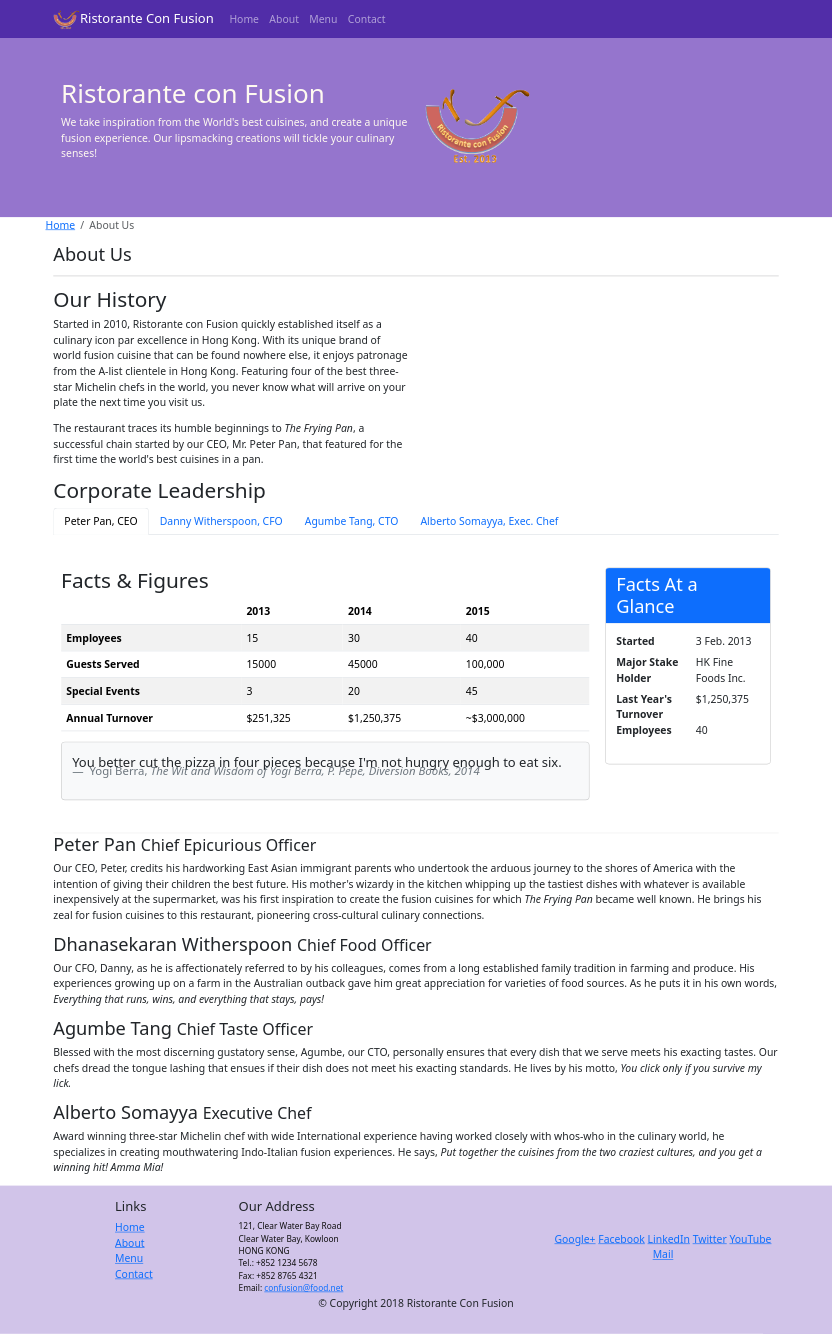
Repository: DungBuiTuan/FER201m
Page: aboutus.html
The author's editor kept a copy of each file at every save. The page is drawn from the files as they stood at one save, then again after the next save.
The browser window is 1280 px wide. The pictures show the whole page, at 65% of full size.
Some web libraries are served in a nearby version.

Above is the page before, as saved 2023-05-18 01:11:23.

### aboutus.html
<!DOCTYPE html>
<html lang="en">
  <head>
    <title>Ristorante Con Fusion: About Us</title>
    <meta charset="utf-8" />
    <meta
      name="viewport"
      content="width=device-width, initial-scale=1, shrink-to-fit=no"
    />
    <meta http-equiv="x-ua-compatible" content="ie=edge" />
    <!-- Bootstrap CSS -->
    <link
      rel="stylesheet"
      href="node_modules/bootstrap/dist/css/bootstrap.min.css"
    />
    <link href="CSS/styles.css" rel="stylesheet" />
  </head>

  <body>
    <nav class="navbar navbar-dark navbar-expand-sm fixed-top">
      <div class="container">
        <button
          class="navbar-toggler"
          type="button"
          data-toggle="collapse"
          data-target="#Navbar"
        >
          <span class="navbar-toggler-icon"></span>
        </button>
        <a class="navbar-brand mr-auto" href="#"
          ><img src="img/img/logo.png" height="30" width="41" />Ristorante Con
          Fusion</a
        >
        <div class="collapse navbar-collapse" id="Navbar">
          <ul class="navbar-nav mr-auto">
            <li class="nav-item active">
              <a class="nav-link" href="index.html">Home</a>
            </li>
            <li class="nav-item">
              <a class="nav-link" href="./aboutus.html">About</a>
            </li>
            <li class="nav-item"><a class="nav-link" href="#">Menu</a></li>
            <li class="nav-item"><a class="nav-link" href="contactus.html">Contact</a></li>
          </ul>
        </div>
      </div>
    </nav>
    <header class="jumbotron">
      <div class="container">
        <div class="row row-header">
          <div class="col-12 col-sm-6">
            <h1>Ristorante con Fusion</h1>
            <p>
              We take inspiration from the World's best cuisines, and create a
              unique fusion experience. Our lipsmacking creations will tickle
              your culinary senses!
            </p>
          </div>
          <div class="col-12 col-sm align-self-center">
            <img src="img/img/logo.png" class="img-fluid" />
          </div>
        </div>
      </div>
    </header>

    <div class="container">
      <div class="row">
        <ol class="col-12 breadcrumb">
          <li class="breadcrumb-item"><a href="./index.html">Home</a></li>
          <li class="breadcrumb-item active">About Us</li>
        </ol>
        <div class="col-12">
          <h3>About Us</h3>
          <hr />
        </div>
      </div>

      <div class="row">
        <div class="col-12 col-sm-6 col-md-6">
          <h2>Our History</h2>
          <p>
            Started in 2010, Ristorante con Fusion quickly established itself as
            a culinary icon par excellence in Hong Kong. With its unique brand
            of world fusion cuisine that can be found nowhere else, it enjoys
            patronage from the A-list clientele in Hong Kong. Featuring four of
            the best three-star Michelin chefs in the world, you never know what
            will arrive on your plate the next time you visit us.
          </p>
          <p>
            The restaurant traces its humble beginnings to
            <em>The Frying Pan</em>, a successful chain started by our CEO, Mr.
            Peter Pan, that featured for the first time the world's best
            cuisines in a pan.
          </p>
        </div>
        <div></div>
      </div>

      <div class="row">
        <div class="col col-sm col-md">
          <div>
            <div>
              <h2>Corporate Leadership</h2>
              <ul class="nav nav-tabs">
                <li class="nav-item">
                  <a class="nav-link active" href="#peter"
                    role="tab" data-toggle="tab">Peter Pan, CEO</a>
                </li>
                <li class="nav-item">
                  <a class="nav-link" href="#danny" role="tab"
                    data-toggle="tab">Danny Witherspoon, CFO</a>
                </li>
                <li class="nav-item">
                  <a class="nav-link" href="#agumbe"role="tab"
                    data-toggle="tab">Agumbe Tang, CTO</a>
                </li>
                <li class="nav-item">
                  <a class="nav-link" href="#alberto" role="tab"
                    data-toggle="tab">Alberto Somayya, Exec. Chef</a>
                </li>
            </ul>

              <div class="row row-content">
                <div class="col-12 col-sm-9">
                  <h2>Facts &amp; Figures</h2>
                  <div class="table-responsive">
                    <table class="table table-striped">
                      <thead class="thead-dark">
                        <tr>
                          <th>&nbsp;</th>
                          <th>2013</th>
                          <th>2014</th>
                          <th>2015</th>
                        </tr>
                      </thead>
                      <tbody>
                        <tr>
                          <th>Employees</th>
                          <td>15</td>
                          <td>30</td>
                          <td>40</td>
                        </tr>
                        <tr>
                          <th>Guests Served</th>
                          <td>15000</td>
                          <td>45000</td>
                          <td>100,000</td>
                        </tr>
                        <tr>
                          <th>Special Events</th>
                          <td>3</td>
                          <td>20</td>
                          <td>45</td>
                        </tr>
                        <tr>
                          <th>Annual Turnover</th>
                          <td>$251,325</td>
                          <td>$1,250,375</td>
                          <td>~$3,000,000</td>
                        </tr>
                      </tbody>
                    </table>
                  </div>
                  <div class="col-12">
                    <div class="card card-body bg-light">
                      <blockquote class="blockquote">
                        <p class="mb-0">
                          You better cut the pizza in four pieces because I'm
                          not hungry enough to eat six.
                        </p>
                        <footer class="blockquote-footer">
                          Yogi Berra,
                          <cite title="Source Title"
                            >The Wit and Wisdom of Yogi Berra, P. Pepe,
                            Diversion Books, 2014</cite
                          >
                        </footer>
                      </blockquote>
                    </div>
                  </div>
                </div>
                <div class="col-12 col-sm-3">
                  <div class="card">
                    <h3 class="card-header bg-primary text-white">
                      Facts At a Glance
                    </h3>
                    <div class="card-body">
                      <dl class="row">
                        <dt class="col-6">Started</dt>
                        <dd class="col-6">3 Feb. 2013</dd>
                        <dt class="col-6">Major Stake Holder</dt>
                        <dd class="col-6">HK Fine Foods Inc.</dd>
                        <dt class="col-6">Last Year's Turnover</dt>
                        <dd class="col-6">$1,250,375</dd>
                        <dt class="col-6">Employees</dt>
                        <dd class="col-6">40</dd>
                      </dl>
                    </div>
                  </div>
                </div>
              </div>

              <h3>Peter Pan <small>Chief Epicurious Officer</small></h3>
            </div>
            <div class="d-none d-sm-block">
              <p>
                Our CEO, Peter, credits his hardworking East Asian immigrant
                parents who undertook the arduous journey to the shores of
                America with the intention of giving their children the best
                future. His mother's wizardy in the kitchen whipping up the
                tastiest dishes with whatever is available inexpensively at the
                supermarket, was his first inspiration to create the fusion
                cuisines for which <em>The Frying Pan</em> became well known. He
                brings his zeal for fusion cuisines to this restaurant,
                pioneering cross-cultural culinary connections.
              </p>
            </div>
          </div>
          <div>
            <div>
              <h3>
                Dhanasekaran Witherspoon <small>Chief Food Officer</small>
              </h3>
            </div>
            <div class="d-none d-sm-block">
              <p>
                Our CFO, Danny, as he is affectionately referred to by his
                colleagues, comes from a long established family tradition in
                farming and produce. His experiences growing up on a farm in the
                Australian outback gave him great appreciation for varieties of
                food sources. As he puts it in his own words,
                <em
                  >Everything that runs, wins, and everything that stays,
                  pays!</em
                >
              </p>
            </div>
          </div>
          <div>
            <div>
              <h3>Agumbe Tang <small>Chief Taste Officer</small></h3>
            </div>
            <div class="d-none d-sm-block">
              <p>
                Blessed with the most discerning gustatory sense, Agumbe, our
                CTO, personally ensures that every dish that we serve meets his
                exacting tastes. Our chefs dread the tongue lashing that ensues
                if their dish does not meet his exacting standards. He lives by
                his motto, <em>You click only if you survive my lick.</em>
              </p>
            </div>
          </div>
          <div>
            <div>
              <h3>Alberto Somayya <small>Executive Chef</small></h3>
            </div>
            <div class="d-none d-sm-block">
              <p>
                Award winning three-star Michelin chef with wide International
                experience having worked closely with whos-who in the culinary
                world, he specializes in creating mouthwatering Indo-Italian
                fusion experiences. He says,
                <em
                  >Put together the cuisines from the two craziest cultures, and
                  you get a winning hit! Amma Mia!</em
                >
              </p>
            </div>
          </div>
        </div>
      </div>
    </div>

    <footer class="footer">
      <div class="container">
        <div class="row">
          <div class="col-4 offset-1 col-sm-2">
            <h5>Links</h5>
            <ul class="list-unstyled">
              <li><a href="#">Home</a></li>
              <li><a href="#">About</a></li>
              <li><a href="#">Menu</a></li>
              <li><a href="#">Contact</a></li>
            </ul>
          </div>
          <div class="col-7 col-sm-5">
            <h5>Our Address</h5>
            <address>
              121, Clear Water Bay Road<br />
              Clear Water Bay, Kowloon<br />
              HONG KONG<br />
              Tel.: +852 1234 5678<br />
              Fax: +852 8765 4321<br />
              Email: <a href="mailto:confusion@food.net">confusion@food.net</a>
            </address>
          </div>
          <div class="col-12 col-sm-4 align-self-center">
            <div class="text-center">
              <a href="http://google.com/+">Google+</a>
              <a href="http://www.facebook.com/profile.php?id=">Facebook</a>
              <a href="http://www.linkedin.com/in/">LinkedIn</a>
              <a href="http://twitter.com/">Twitter</a>
              <a href="http://youtube.com/">YouTube</a>
              <a href="mailto:">Mail</a>
            </div>
          </div>
        </div>
        <div class="row justify-content-center">
          <div class="col-auto">
            <p>© Copyright 2018 Ristorante Con Fusion</p>
          </div>
        </div>
      </div>
    </footer>
  </body>
</html>

### css/styles.css
body{
    padding:50px 0px 0px 0px;
    z-index:0;
}

.navbar-dark {
     background-color: #512DA8;
}

.row-header{
    margin:0px auto;
    padding:0px;
}

.row-content {
    margin:0px auto;
    padding: 50px 0px 50px 0px;
    border-bottom: 1px ridge;
    min-height:400px;
}

.footer{
    background-color: #D1C4E9;
    margin:0px auto;
    padding: 20px 0px 20px 0px;
}

.jumbotron {
    padding:70px 30px 70px 30px;
    margin:0px auto;
    background: #9575CD ;
    color:floralwhite;
}

address{
    font-size:80%;
    margin:0px;
    color:#0f0f0f;
}

After the next save:
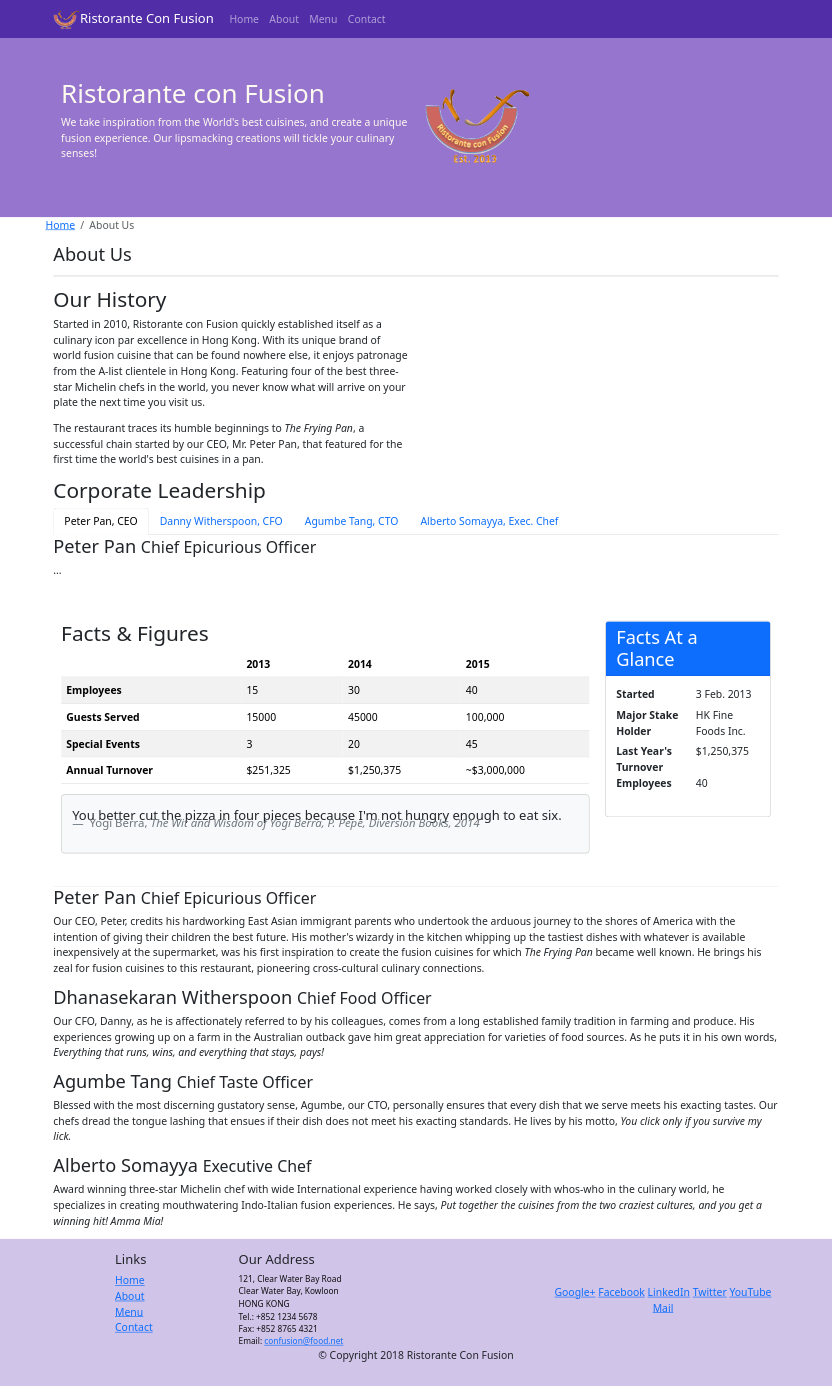
Saved 3 min 40 s later.
--- a/aboutus.html
+++ b/aboutus.html
@@ -119,6 +119,15 @@
                     data-toggle="tab">Alberto Somayya, Exec. Chef</a>
                 </li>
             </ul>
+
+            <div class="tab-content">
+                <div role="tabpanel" class="tab-pane fade show active" id="peter">
+                    <h3>Peter Pan <small>Chief Epicurious Officer</small></h3>
+                    <p> ... </p>
+                </div>
+
+            </div>
+
 
               <div class="row row-content">
                 <div class="col-12 col-sm-9">
